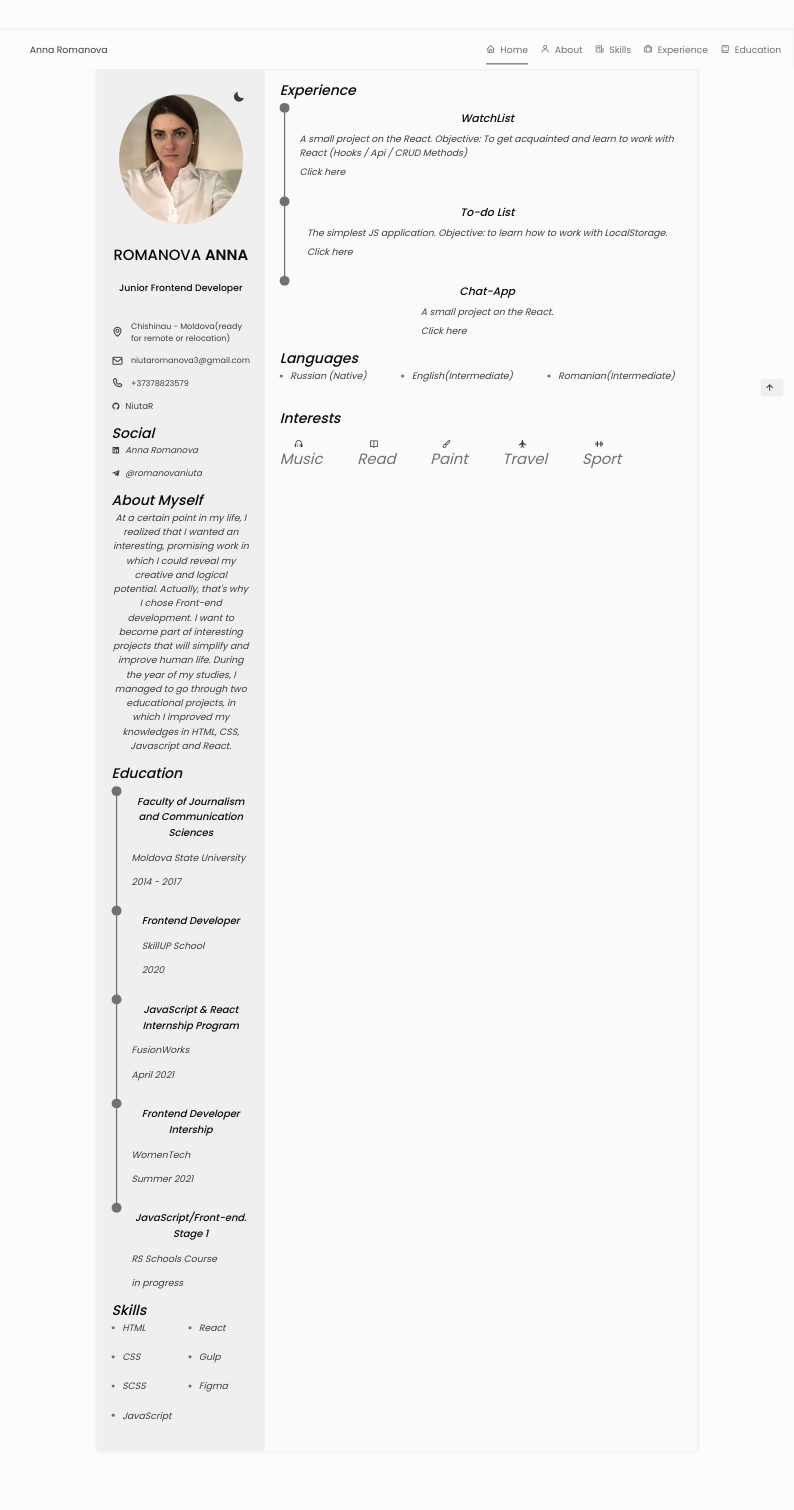
Repository: NiutaR/rsschool-cv
Page: index.html
The author's editor kept a copy of each file at every save. The page is drawn from the files as they stood at one save, then again after a run of saves.
The browser window is 1280 px wide. The pictures show the whole page, at 62% of full size.

Above is the page before, as saved 2021-09-19 19:18:30.

### index.html
<!DOCTYPE html>
<html lang="en">

<head>
    <meta charset="UTF-8">
    <meta http-equiv="X-UA-Compatible" content="IE=edge">
    <meta name="viewport" content="width=device-width, initial-scale=1.0">
    <link rel="stylesheet" href="src/style.css">
    <link rel="stylesheet" href="https://cdn.jsdelivr.net/npm/boxicons@latest/css/boxicons.min.css">
    <title>My resume</title>
</head>

<body>
    <header class="l-header">
        <nav class="nav bd-grid">
            <div>
                <a href="#" class="nav__logo">Anna Romanova</a>
            </div>

            <div class="nav__menu" id="nav-menu">
                <ul class="nav__list">
                    <li class="nav__item"><a href="#home" class="nav__link active"><i
                                class="bx bx-home nav__icon"></i>Home</a></li>
                    <li class="nav__item"><a href="#about" class="nav__link"><i
                                class="bx bx-user nav__icon"></i>About</a></li>
                    <li class="nav__item"><a href="#skills" class="nav__link"><i
                                class="bx bx-receipt nav__icon"></i>Skills</a></li>
                    <li class="nav__item"><a href="#work" class="nav__link"><i
                                class="bx bx-briefcase-alt nav__icon"></i>Experience</a></li>
                    <li class="nav__item"><a href="#education" class="nav__link"><i
                                class="bx bx-book nav__icon"></i>Education</a></li>
                </ul>
            </div>

            <div class="nav__toggle" id="nav-toggle">
                <i class='bx bx-menu'></i>
            </div>
        </nav>
    </header>
    <main class="l-main bd-container">
        <div class="resume">
            <div class="resume__left">
                <section class="home" id="home">
                    <div class="home__container section bd-grid">
                        <div class="home__data bd-grid">
                            <img src="src/img/cv-img.jpg" alt="annaromanova" class="home__img">
                            <h1 class="home__title">ROMANOVA <b>ANNA</b></h1>
                            <h3 class="home__profession">Junior Frontend Developer</h3>
                            <div>
                                <a download="" href="src/pdf/Cv_Anna_Romanova.pdf" class="home__button-movil">Download</a>
                            </div>
                        </div>
                        <div class="home__address bd-grid">
                            <span class="home__information">
                                <i class="bx bx-map home__icon"></i>Chishinau - Moldova(ready for remote or relocation)
                            </span>
                            <span class="home__information">
                                <i class="bx bx-envelope home__icon"></i>niutaromanova3@gmail.com
                            </span>
                            <span class="home__information">
                                <i class="bx bx-phone home__icon"></i> +37378823579
                            </span>
                            <span class="home__information">
                                <a href="https://github.com/NiutaR" target="_blank" class="social__link">
                                    <i class="bx bxl-github"></i>NiutaR
                                </a>
                            </span>
                        </div>
                    </div>

                    <i class="bx bxs-moon change-theme" title="Theme" id="theme-button"></i>
                    <i class=""
                </section>

                <section class="social section">
                    <h2 class="section-title">Social</h2>
                    <div class="social__container bd-grid">
                        <a href="https://www.linkedin.com/in/anna-romanova-59a8b020b/" target="_blank"  class="social__link">
                            <i class="bx bxl-linkedin-square"></i>Anna Romanova
                        </a>
                        <a href="#" target="_blank" class="social__link">
                            <i class="bx bxl-telegram"></i>@romanovaniuta
                        </a>

                    </div>
                </section>
                <section class="about section" id="about">
                    <h2 class="section-title">About Myself</h2>
                    <p class="about__description">At a certain point in my life, I realized that I wanted an interesting, promising work in which I could reveal my creative and logical potential. Actually, that's why I chose Front-end development. I want to become part of interesting projects that will simplify and improve human life. During the year of my studies, I managed to go through two educational projects, in which I improved my knowledges in HTML, CSS, Javascript and React. </p>
                </section>
                <section class="education section" id="education">
                    <h2 class="section-title">Education</h2>
                    <div class="education__container bd-grid">
                        <div class="education__content">
                            <div class="education__time">
                                <span class="education__rounder"></span>
                                <span class="education__line"></span>
                            </div>
                            <div class="education__data bd-grid">
                                <h3 class="education__title">Faculty of Journalism and Communication Sciences</h3>
                                <span class="education__studies"></span>Moldova State University
                                <span class="education__year"></span> 2014 - 2017
                            </div>
                        </div>
                        <div class="education__content">
                            <div class="education__time">
                                <span class="education__rounder"></span>
                                <span class="education__line"></span>
                            </div>
                            <div class="education__data bd-grid">
                                <h3 class="education__title">Frontend Developer</h3>
                                <span class="education__studies"></span> SkillUP School
                                <span class="education__year"></span> 2020
                            </div>
                        </div>
                        <div class="education__content">
                            <div class="education__time">
                                <span class="education__rounder"></span>
                                <span class="education__line"></span>
                            </div>
                            <div class="education__data bd-grid">
                                <h3 class="education__title">JavaScript & React Internship Program</h3>
                                <span class="education__studies"></span> FusionWorks
                                <span class="education__year"></span> April 2021
                            </div>
                        </div>
                        <div class="education__content">
                            <div class="education__time">
                                <span class="education__rounder"></span>
                                <span class="education__line"></span>
                            </div>
                            <div class="education__data bd-grid">
                                <h3 class="education__title">Frontend Developer Intership</h3>
                                <span class="education__studies"></span> WomenTech
                                <span class="education__year"></span> Summer 2021
                            </div>
                        </div>

                        <div class="education__content">
                            <div class="education__time">
                                <span class="education__rounder"></span>
                            </div>
                            <div class="education__data bd-grid">
                                <h3 class="education__title">JavaScript/Front-end. Stage 1</h3>
                                <span class="education__studies"></span> RS Schools Course
                                <span class="education__year"></span> in progress
                            </div>
                        </div>
                    </div>
                </section>
                <section class="skills section" id="skills">
                    <h2 class="section-title">Skills</h2>
                    <div class="skills__content bd-grid">
                        <ul class="skills__data">
                            <li class="skills__name">
                                <span class="skills__circle"></span> HTML
                            </li>
                            <li class="skills__name">
                                <span class="skills__circle"></span> CSS
                            </li>
                            <li class="skills__name">
                                <span class="skills__circle"></span> SCSS
                            </li>
                            <li class="skills__name">
                                <span class="skills__circle"></span> JavaScript
                            </li>
                        </ul>
                        <ul class="skills__data">
                            <li class="skills__name">
                                <span class="skills__circle"></span> React
                            </li>
                            <li class="skills__name">
                                <span class="skills__circle"></span> Gulp
                            </li>
                            <li class="skills__name">
                                <span class="skills__circle"></span> Figma
                            </li>
                        </ul>
                    </div>
                </section>
            </div>
            <div class="resume__right">
                <section class="experience section" id="experience">
                    <h2 class="section-title">Experience</h2>
                    <div class="experience__container bd-grid">
                        <div class="experience__content">
                            <div class="experience__time">
                                <span class="experience__rounder"></span>
                                <span class="experience__line"></span>
                            </div>
                            <div class="experience__data bd-grid">
                                <h3 class="experience__title">WatchList</h3>
                                <p class="experience__description">A small project on the React.
                                    Objective: To get acquainted and learn to work with React (Hooks / Api / CRUD
                                    Methods)</p>
                                    <a href="https://github.com/NiutaR/watchlist-app" class="project__link">Click here</a>

                            </div>
                        </div>
                        <div class="experience__content">
                            <div class="experience__time">
                                <span class="experience__rounder"></span>
                                <span class="experience__line"></span>
                            </div>
                            <div class="experience__data bd-grid">
                                <h3 class="experience__title">To-do List</h3>
                                <p class="experience__description">The simplest JS application.
                                    Objective: to learn how to work with LocalStorage.</p>
                                    <a href="https://github.com/NiutaR/to-do-list-" class="project__link">Click here</a>

                            </div>
                        </div>
                        <div class="experience__content">
                            <div class="experience__time">
                                <span class="experience__rounder"></span>
                            </div>
                            <div class="experience__data bd-grid">
                                <h3 class="experience__title">Chat-App</h3>
                                <p class="experience__description">A small project on the React.</p>
                                    <a href="https://github.com/NiutaR/react_chatapp" class="project__link">Click here</a>

                            </div>
                        </div>
                    </div>
                </section>
                <section class="languages section">
                    <h2 class="section-title">Languages</h2>
                    <div class="languages__container">
                        <ul class="languages__content bd-grid">
                            <li class="languages__name">
                                <span class="languages__circle"></span> Russian (Native)
                            </li>
                            <li class="languages__name">
                                <span class="languages__circle"></span> English(Intermediate)
                            </li>
                            <li class="languages__name">
                                <span class="languages__circle"></span> Romanian(Intermediate)
                            </li>
                        </ul>
                    </div>
                </section>
                <section class="interests section">
                    <h2 class="section-title">Interests</h2>
                    <div class="interests__container bd-grid">
                        <div class="interests__content">
                            <i class="bx bx-headphone"></i>
                            <span class="interests__name interests__icon">Music</span>
                        </div>
                        <div class="interests__content">
                            <i class="bx bx-book-open"></i>
                            <span class="interests__name interests__icon">Read</span>
                        </div>
                        <div class="interests__content">
                            <i class="bx bx-paint"></i>
                            <span class="interests__name interests__icon">Paint</span>
                        </div>
                        <div class="interests__content">
                            <i class="bx bxs-plane"></i>
                            <span class="interests__name interests__icon">Travel</span>
                        </div>
                        <div class="interests__content">
                            <i class="bx bx-dumbbell"></i>
                            <span class="interests__name interests__icon">Sport</span>
                        </div>
                    </div>
                </section>
            </div>
        </div>
    </main>
    <a href="#" class="scrolltop" id="scroll-top">
        <i class="bx bx-up-arrow-alt scrolltop__icon"></i>
    </a>

    <script src="src/main.js"></script>
    <script src="https://cdnjs.cloudflare.com/ajax/libs/html2pdf.js/0.10.1/html2pdf.bundle.min.js"
        integrity="sha512-GsLlZN/3F2ErC5ifS5QtgpiJtWd43JWSuIgh7mbzZ8zBps+dvLusV+eNQATqgA/HdeKFVgA5v3S/cIrLF7QnIg=="
        crossorigin="anonymous" referrerpolicy="no-referrer"></script>

</body>

</html>

Loaded but not shown: src/main.js (57 lines, source omitted); src/style.css (481 lines, source omitted)

After the next 2 saves:
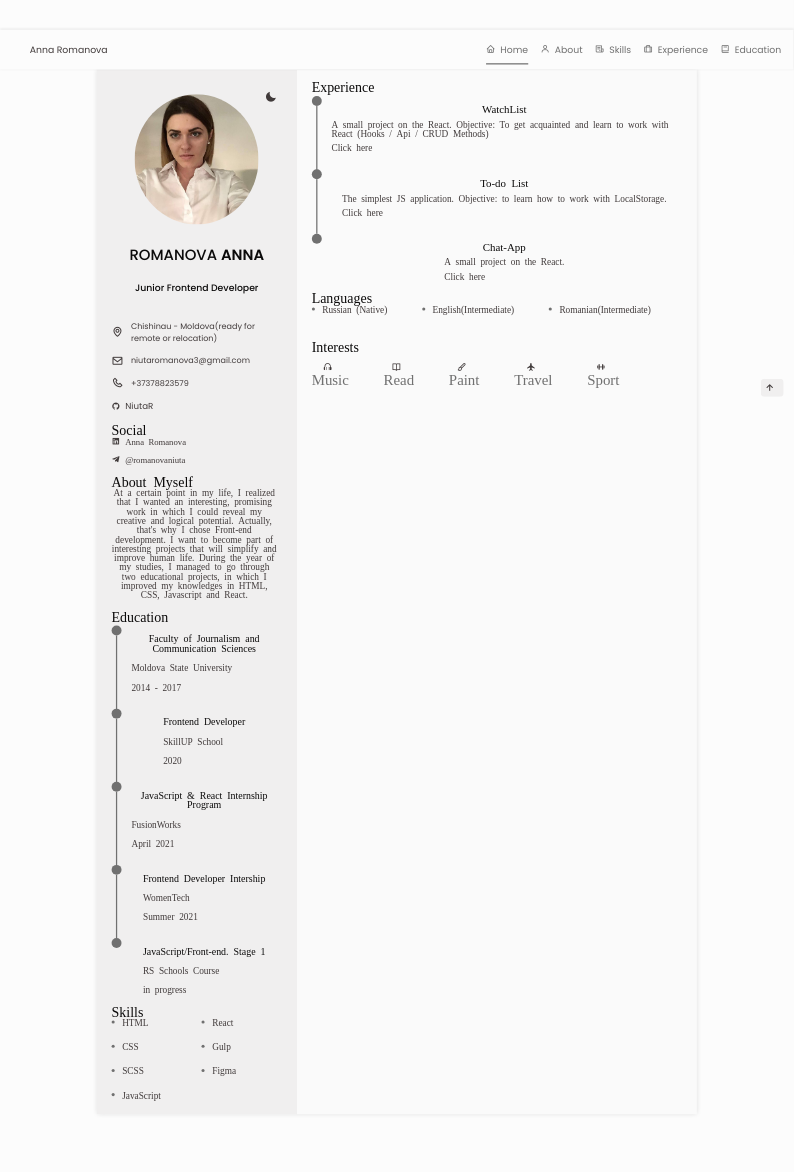
The 2 saves are shown as one change because they came seconds apart.
The last was saved 7 s later.
--- a/index.html
+++ b/index.html
@@ -69,7 +69,7 @@
                     </div>
 
                     <i class="bx bxs-moon change-theme" title="Theme" id="theme-button"></i>
-                    <i class=""
+                    <i class="bx bx-do"
                 </section>
 
                 <section class="social section">
